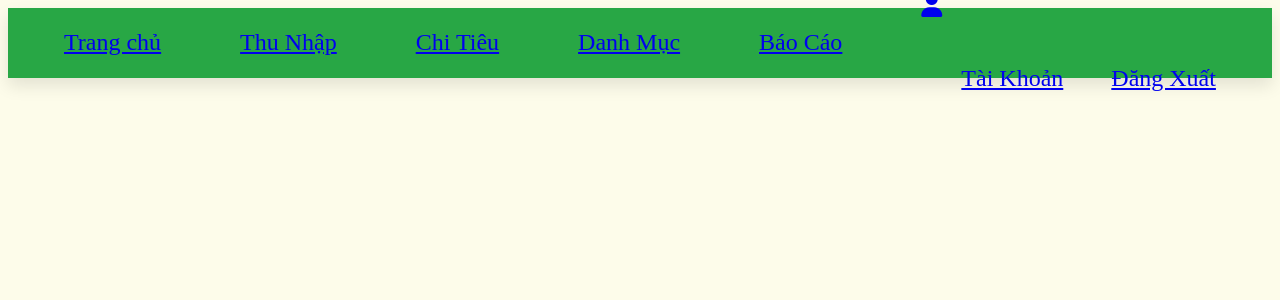
Repository: Dien973/expense_manager
Page: http://localhost/expense_manager/user_page/home.php
The author's editor kept a copy of each file at every save. The page is drawn from the files as they stood at one save, then again after the next save.
The browser window is 1280 px wide. The pictures show the whole page.
The page is run by PHP 8.4 with error messages shown; the project is at /var/www/html/.

Above is the page before, as saved 2025-12-05 18:48:25.

After the next save:
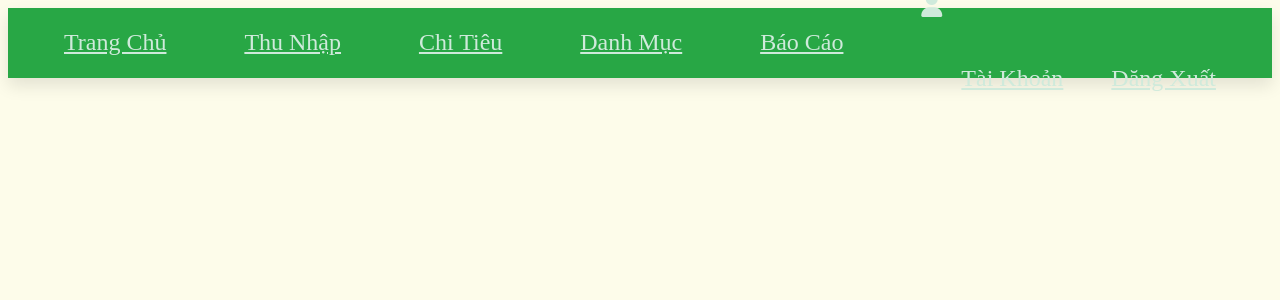
Saved 16 s later.
--- a/css/header.css
+++ b/css/header.css
@@ -29,6 +29,8 @@
   font-size: 1.5rem;
   padding: 1rem 1.5rem;
   display: block;
+  color: #cfeadb;
+  text-transform: capitalize;
 }
 /*
 .header .flex .logo {
